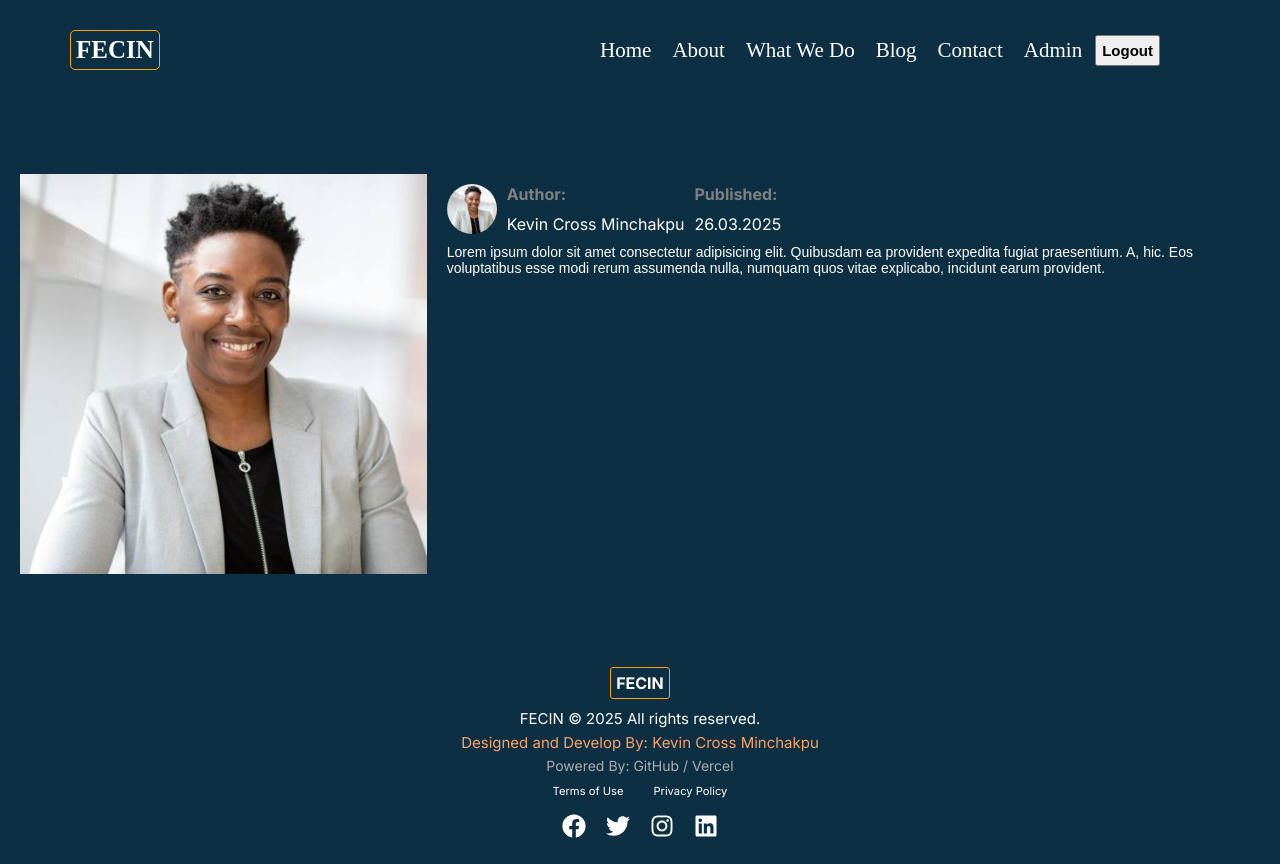
Repository: KCMinchakpu/fecin-projectgs497
Page: /blog/post
These files come from the project's save history. The page is drawn as it stood at one moment and after the next save; the edit follows.
The browser window is 1280 px wide. The pictures show the whole page.
The project was rebuilt for these pictures with package versions that can differ from the ones it lists, and the page was loaded fresh each time. The framework's server and built-in components were replaced by stand-ins that run in the browser. Also part of the build but not shown: next.config.mjs.

Above is the page before, as saved 2025-04-02 19:31:42.

After the next save:
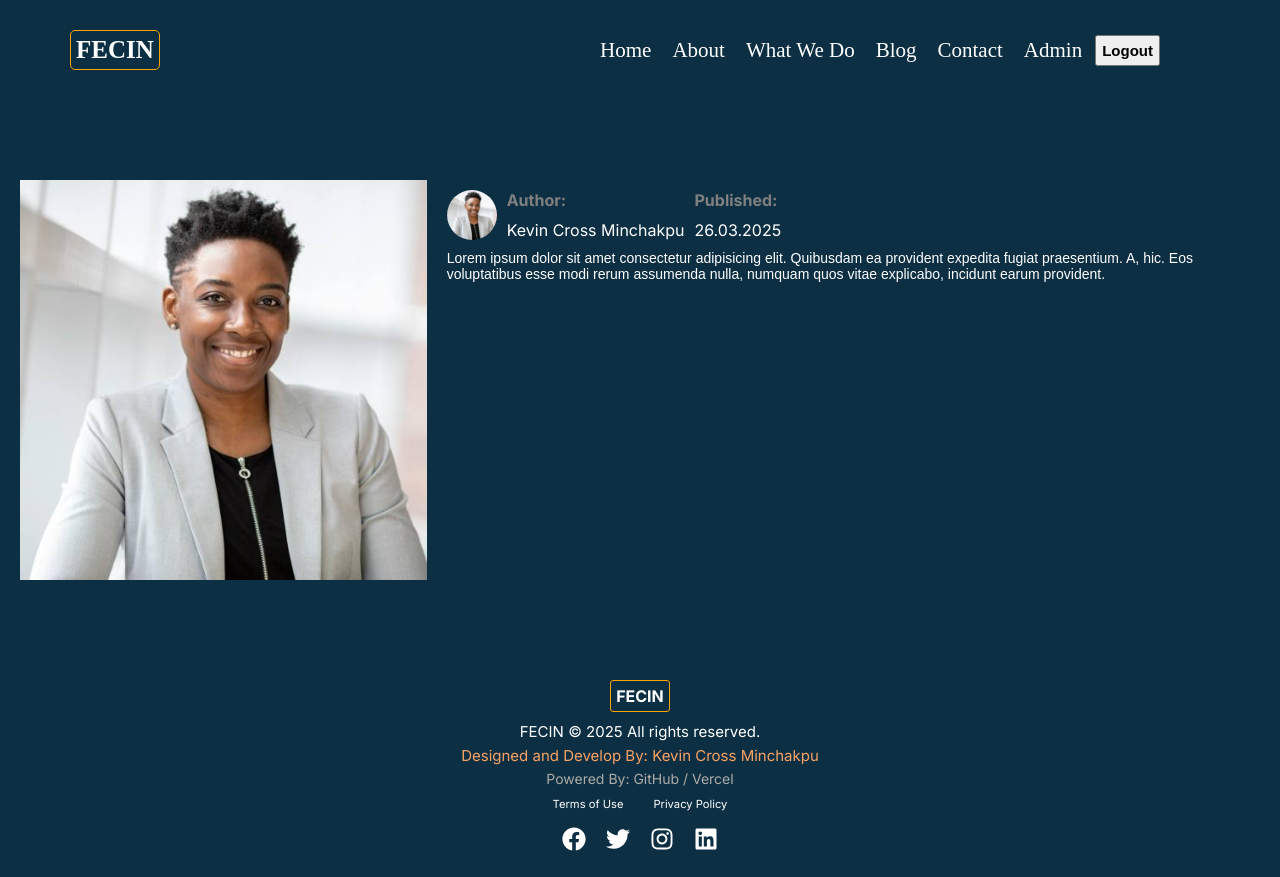
Saved 38 s later.
--- a/src/app/blog/[slug]/singlePost.module.css
+++ b/src/app/blog/[slug]/singlePost.module.css
@@ -1,6 +1,8 @@
 .container {
     display: flex;
     gap: 20px;
+    margin-top: 80px;
+    margin-bottom: 80px;
   }
 
   .imgContainer {
